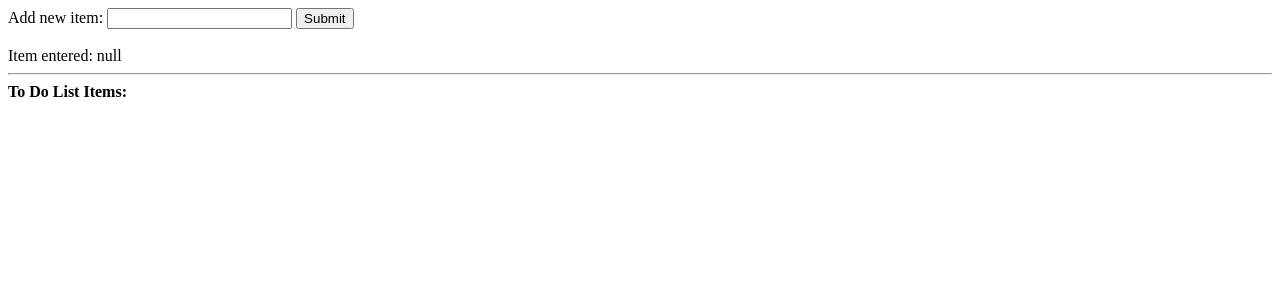
Repository: mohdsalman1994/JspServletProjects
Page: http://localhost/jspdemo/todo-demo.jsp
An editor plug-in stored every save of this project. The page is shown before and after the next save, followed by the edit.
The browser window is 1280 px wide. The pictures show the whole page.
The page is served by Tomcat 9. Other server files are loaded and not shown.

Above is the page before, as saved 2017-08-03 11:49:49.

### jspdemo/WebContent/todo-demo.jsp
<%@page import="java.util.*"%>
<%@ page language="java" contentType="text/html; charset=UTF-8"
    pageEncoding="UTF-8"%>
<!DOCTYPE html PUBLIC "-//W3C//DTD HTML 4.01 Transitional//EN" "http://www.w3.org/TR/html4/loose.dtd">
<html>
<head>
<meta http-equiv="Content-Type" content="text/html; charset=UTF-8">
<title>Insert title here</title>
</head>
<body>

<!-- Step 1: Create HTML Form -->
<form action="todo-demo.jsp">

Add new item: <input type="text" name="theItem"/>

<input type="submit" value="Submit" />

<br /><br />

Item entered: <%= request.getParameter("theItem") %>

</form>

<!-- Step 2: Add new item to TODO List -->

<%

// get the todo items from the session
List<String> itemList = (List<String>)session.getAttribute("myTodoList");

// if todo list doesn't exist then create one
if(itemList == null) {
	itemList = new ArrayList<String>();
	session.setAttribute("myTodoList", itemList);
}

// add new data to list if entered
String theItem = request.getParameter("theItem");
if(theItem!= null) {
	itemList.add(theItem);
}

%>

<!-- Display all items from TODO List -->
<hr />
<strong>To Do List Items:</strong> <br />
<%
for(String item:itemList) {
	out.print("<li>"+item+"</li> <br/>");
}
%>


</body>
</html>

After the next save:
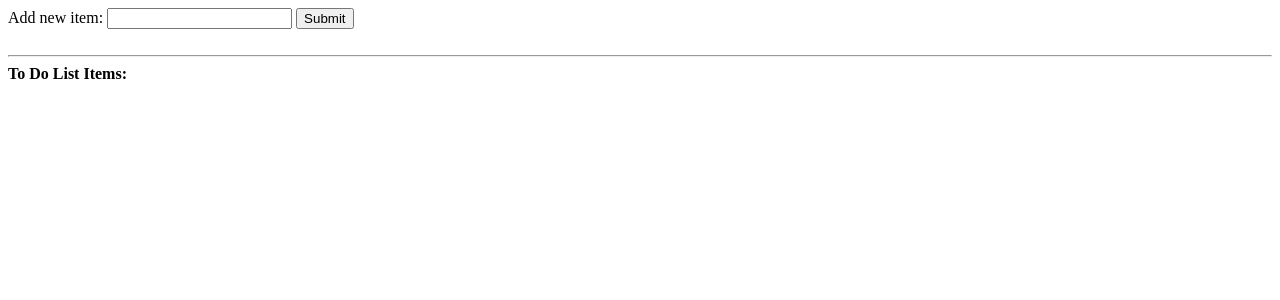
Saved 2 min 35 s later.
--- a/jspdemo/WebContent/todo-demo.jsp
+++ b/jspdemo/WebContent/todo-demo.jsp
@@ -18,7 +18,6 @@ Add new item: <input type="text" name="theItem"/>
 
 <br /><br />
 
-Item entered: <%= request.getParameter("theItem") %>
 
 </form>
 
